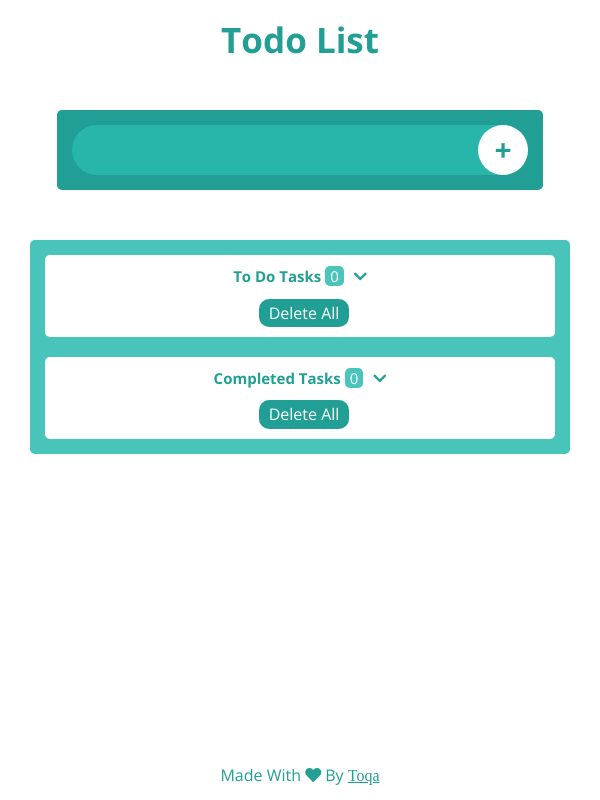
Repository: Toqa-25/todo-list
Page: index.html
An editor plug-in stored every save of this project. The page is shown before and after the next save, followed by the edit.
The browser window is 600 px wide. The pictures show the whole page.
Some web fonts or font styles are not loaded; a fallback is used.

Above is the page before, as saved 2022-02-07 16:47:13.

### index.html
<!DOCTYPE html>
<html lang="en">
<head>
    <meta charset="UTF-8">
    <meta http-equiv="X-UA-Compatible" content="IE=edge">
    <meta name="viewport" content="width=device-width, initial-scale=1.0">
     <!-- css fils -->
     <link rel="stylesheet" href="css/normalize.css">
     <link rel="stylesheet" href="css/all.min.css">
     <link rel="stylesheet" href="css/style.css">
     <!-- google fonts -->
     <link rel="preconnect" href="https://fonts.googleapis.com">
     <link rel="preconnect" href="https://fonts.gstatic.com" crossorigin>
     <link href="https://fonts.googleapis.com/css2?family=Open+Sans:wght@300;400;500;600;700;800&display=swap" rel="stylesheet">
     <link href="https://fonts.googleapis.com/css2?family=Pushster&amp;display=swap" rel="stylesheet">
     <!-- page title -->
    <title>ToDo List</title>
</head>
<body>
    <section class="todo-section container">
        <div class="todo-main-head ">
            <h2 class="todo-head">todo list</h2>
        </div>
        <div class="todo-input  ">
            <input type="text" name="" id="input-field">
            <span class="pluse" id="plus">+</span>
        </div>
        <div class="todo-group pad ">
        <div class="todo-list doing" id="todo-list-do">
             <div class="todo-list-header-group">
                 <h4 class="todo-list-head">to do tasks <span class="tasks-number"></span><i class="fas fa-chevron-down todo-chevron"></i></h4>
                <button class="btn delet-all-tasks">delete all</button>
            </div>
           <div class="todo-list-content todo">
           </div>
        </div>
        <div class="todo-list completed" id="todo-list-complete">
            <div class="todo-list-header-group">
                <h4 class="todo-list-head">completed tasks <span class="completed-tasks-number"></span><i class="fas fa-chevron-down complete-chevron"></i></h4>
                <button class="btn delet-all-completed-tasks">delete all</button>
            </div>
           <div class="todo-list-content complet">
           </div>
        </div>
        </div>
    </section>
    <div class="bottom-group">
             <p>made with <i class="fas fa-heart"></i> by <a class="developer link-none" href="https://toqa-25.github.io/portfolio/">toqa</a></p>
    </div>

    <script src="js/script.js"></script>
    <script src="https://unpkg.com/sweetalert/dist/sweetalert.min.js"></script>
</body>
</html>

### css/style.css
/* component style */
:root{
    --main-color:#219F94;
    --main-alt-color:#2bbbafda;
    --white-color:#fff;
    --text-color:#C1DEAE;
}
*{
     margin:0;
     padding:0;
     box-sizing: border-box;
}
html{
    scroll-behavior: smooth;
}
body{
    font-family: 'Open Sans', sans-serif;
    min-height: 100vh;
}
.container{
    width:90%;
    margin:0 auto;
}

.pad{
    padding: 30px 0;
}

/* element style */
section{
    display: flex;
    align-items: center;
    flex-direction: column;
    min-height: calc(100vh - 50px);
    gap:50px;

}
.todo-main-head {
    /* padding-top: 20px;
    margin-top: 20px; */
    margin: 20px auto 0;
}
.todo-head {
    color: var(--main-color);
    font-weight: bold;
    text-transform: capitalize;
    font-size: 35px;
    text-align: center;
}
.todo-input{
    background-color: var(--main-color);
    position: relative;
    border-radius: 5px;
    width: 600px;
    margin: 0 auto;
    padding: 15px 0;
}
@media(max-width:991px){
   .todo-input{
       width:90%;
   }
}
#input-field {
    width: calc(100% - 30px);
    margin: 0 15px;
    height: 50px;
    border: none;
    outline: none;
    background-color: var(--main-alt-color);
    color: #fff;
    padding:5px 20px;
    border-radius: 25px;
    -webkit-border-radius: 25px;
    -moz-border-radius: 25px;
    -ms-border-radius: 25px;
    -o-border-radius: 25px;
}
#input-field:focus{

}
.pluse {
    width: 50px;
    height: 50px;
    background-color: var(--white-color);
    border-radius: 50%;
    display: inline-block;
    padding: 21px;
    text-align: center;
    font-size: 30px;
    display: flex;
    justify-content: center;
    align-items: center;
    position: absolute;
    right: 15px;
    top: 50%;
    transform: translateY(-50%);
    color: var(--main-color);
    font-weight: bold;
    cursor: pointer;
}

.todo-group {
    background-color: var(--main-alt-color);
    /* margin-top: 30px; */
    padding: 15px;
    display: flex;
    justify-content: space-between;
    align-items: center;
    gap:20px;
    flex-direction: column;
    width:fit-content;
    border-radius: 5px;

}
.todo-list {
    background-color: var(--white-color);
    padding: 10px 20px;
    color: var(--main-color);
    flex:1;
    border-radius: 5px;
     width: 600px;
}
@media(max-width:767px){

    .todo-list {
        width:100%;
    }
}
.todo-list-content , .complet {
    padding:20px;
    display: none;
}
.todo-list-task-group {
    display: flex;
    justify-content: space-between;
    align-items: center;
    border: 1px solid var(--main-alt-color);
    padding: 5px;
    border-radius: 6px;
    margin-bottom: 10px;
}
.todo-list-task {
    padding: 5px 20px;
    display: flex;
    justify-content: space-between;
    align-items: center;
    position: relative;
    margin:10px 5px;
    width:80%;
}
.todo-list-task:before{
    content:"";
    position: absolute;
    top:0;
    left:0;
    height: 100%;
    background-color: var(--main-alt-color);
    width: 8px;
    border-radius: 0px 100px 100px 0px;
}
.btn {
    color: var(--white-color);
    width: fit-content;
    /* height: 27px; */
    padding: 5px 10px;
    background-color: var(--main-color);
    border: none;
    border-radius: 10px;
    cursor: pointer;
    text-transform: capitalize;
}
.todo-list-header-group {
    display: flex;
    justify-content: space-between;
    align-items: center;
    /* flex-wrap: wrap; */
}
.todo-list-head {
    text-transform: capitalize;
    width: fit-content;
    /* margin: auto; */
    /* text-align: center; */
    padding: 3px 10px;
    font-size: 20px;
}
.todo-list-text {
    /* text-transform: capitalize; */
}
.completed-task{
    position: relative;
}
.todo-list-checked {
    width: 15px;
    height: 15px;
    border: 1px solid var(--main-color);
    border-radius: 3px;
    display: flex;
    justify-content: center;
    align-items: center;
}
.completed-task:after{
    content: "";
    width: 90%;
    height: 2px;
    border-radius: 2px;
    position: absolute;
    top: 50%;
    left: 50%;
    transform: translate(-50%, -50%);
    background-color: var(--main-color);
}
.todo-list-checked i {
    font-size: 15px;
    margin-left: 3px;
    margin-bottom: 0px;
}
.completed-tasks-number,.tasks-number {
    padding: 0px 5px;
    background-color: var(--main-alt-color);
    color: #fff;
    border-radius: 5px;
    font-weight: normal;
}
i.fas.fa-chevron-down {
    margin-left: 10px;
}
.bottom-group{
color:var(--main-color);
text-align: center;
margin: 16px auto;
}
.bottom-group p{
    text-transform:capitalize;
}
.bottom-group p a{
    font-family: 'Pushster', cursive;
     color:var(--main-color);
}
.show{
    display:block;
}
.sign-login-group {
    width: fit-content;
    display: flex;
    justify-content: space-between;
    align-content: center;
    flex-direction: column;
    gap: 30px;
    margin-top: 100px;
}
.todo-input-group {
    min-width: 300px;
    display: flex;
    justify-content: space-between;
    align-content: center;
    flex-wrap: wrap;
    gap: 30px;
}
.todo-input-group label {
    text-transform: capitalize;
    color: var(--main-color);
    font-weight: bold;
}
.todo-input-group input {
    padding: 5px 10px;
    border-radius: 7px;
    border-color: var(--main-color);
    outline: none;
    color: var(--main-color);

}
.buttons-group {
    display: flex;
    justify-content: center;
    width: fit-content;
    align-items: center;
    gap: 10px;
    margin: 0 auto;
}
.buttons-group span{
    text-transform: uppercase;
    font-weight: bold;
    color: var(--main-color);
}
.sign-login-group .btn  {
    margin: auto;
    color: #fff;
    font-size: 18px;
}
.sign-login-group .buttons-group a {
  font-size: 20px;
    color: var(--main-color);
}

@media (max-width:767px){
    .todo-group{
        width: 100%;
    }
    .todo-list-header-group {
        flex-direction: column;
    }
    .todo-list-header-group .btn{
        margin-left: 8px;
        margin-top: 10px;
    }
    .todo-list-head {
    font-size: 15px;
    }
}

@media (max-width:375px){
    .todo-list-head {
    font-size: 12px;
}
}

### js/script.js

// const variables
let inputTask = document.getElementById("input-field"),
    plusButton = document.getElementById("plus"),
    toDoContent = document.querySelector(".todo"),
    completeContent = document.querySelector(".complet"),
    taskText = document.querySelector(".todo-list-text"),
    numberOfTasks = document.querySelector(".tasks-number"),
    numberOfCompletedTasks = document.querySelector(".completed-tasks-number"),
    todoChevron = document.querySelector(".todo-chevron"),
    completeChevron = document.querySelector(".complete-chevron"),
    deleteAllTasks = document.querySelector(".delet-all-tasks"),
    deleteAllCompletedTasks = document.querySelector(".delet-all-completed-tasks");

// var variables
var checkedSpan = [...document.querySelectorAll(".todo-list-checked")];
var checkedClasses = [...document.querySelectorAll(".checked")];
var buttonSgroup = [...document.querySelectorAll(".delete")];
let todoList = JSON.parse(localStorage.getItem("tasks"))
  ? JSON.parse(localStorage.getItem("tasks"))
  : [];
let completeList = JSON.parse(localStorage.getItem("completedTasks"))
  ? JSON.parse(localStorage.getItem("completedTasks"))
  : [];
/********************************************************** */
if ( todoList.length >= 1) {
    numberOfTasks.innerHTML = todoList.length;
}
else{
    numberOfTasks.innerHTML = 0;
}

if (completeList && completeList.length >= 1) {
  numberOfCompletedTasks.innerHTML = completeList.length;
} else {
  numberOfCompletedTasks.innerHTML = 0;
}
/********************************************************** */
window.onload = function () {
    inputTask.focus()
}
plusButton.onclick = addTask;
inputTask.addEventListener("keyup", function (event) {
  // Number 13 is the "Enter" key on the keyboard
  if (event.keyCode === 13) {
    addTask();
  }
});
/************************************* */
// 1- add task
function addTask() {
  if (inputTask.value != null && inputTask.value != "") {
      if (todoList.includes(inputTask.value.trim())) {
          swal("This Task is  Already Exists.");
      }
          toDoContent.innerHTML += `  <div class="todo-list-task-group">
                                        <div class="todo-list-task doing-task">
                                            <p class="todo-list-text">${inputTask.value.trim()}</p>
                                            <span id="todo-list-doing" class="todo-list-checked"></span>
                                        </div>
                                        <button class="btn delete">delete</button>
                                    </div>`;
          todoList = [...todoList, inputTask.value.trim()];
          localStorage.setItem("tasks", JSON.stringify(todoList));
          inputTask.value = "";
          currentTasks(toDoContent, todoList);
          checkedSpan = [];
          checkedSpan = [...document.querySelectorAll(".todo-list-checked")];
          checkedTask(checkedSpan);
          buttonSgroup = [];
          buttonSgroup = [...document.querySelectorAll(".delete")];
          deleteUneededTask(buttonSgroup);
          numberOfTasks.innerHTML.innerHTML++;
          inputTask.focus();

  }
  else {
      swal("Enter Your Task");
  }
}

// 2- drow new tasks
function currentTasks(plceContent, tasksArray) {
  plceContent.innerHTML = "";
  for (i = 0; i < tasksArray.length; i++) {
    plceContent.innerHTML += `<div class="todo-list-task-group">
                <div class="todo-list-task doing-task">
                <p class="todo-list-text">${tasksArray[i]}</p>
                <span id="todo-list-doing" class="todo-list-checked"></span>
                </div>
                <button class="btn delete">delete</button>
                </div>`;
  }
  checkedSpan = [];
  checkedSpan = [...document.querySelectorAll(".todo-list-checked")];
  checkedTask(checkedSpan);
//   console.log("current", checkedSpan);
  buttonSgroup = [];
  buttonSgroup = [...document.querySelectorAll(".delete")];
    deleteUneededTask(buttonSgroup);
       numberOfTasks.innerHTML = "";
       numberOfTasks.innerHTML = todoList.length;
}
currentTasks(toDoContent, todoList);

// 3- drow new tasks
function currentCheckedTasks(plceContent, tasksArray) {
  plceContent.innerHTML = "";
  for (i = 0; i < tasksArray.length; i++) {
    plceContent.innerHTML += `<div class="todo-list-task-group ">
                <div class="todo-list-task doing-task completed-task">
                <p class="todo-list-text">${tasksArray[i]}</p>
                <span id="todo-list-doing" class="todo-list-checked checked"><i class="fas fa-check"></i></span>
                </div>
                <button class="btn delete">delete</button>
                </div>`;
  }
  checkedClasses = [];
  checkedClasses = [...document.querySelectorAll(".checked")];
  unCheckedTask(checkedClasses);
  buttonSgroup = [];
  buttonSgroup = [...document.querySelectorAll(".delete")];
    deleteUneededTask(buttonSgroup);
        numberOfCompletedTasks.innerHTML = "";
        numberOfCompletedTasks.innerHTML = completeList.length;
}
currentCheckedTasks(completeContent, completeList);

// 4- drow completed tasks

function checkedTask(checkBoxs) {
  checkBoxs.forEach((checkBox) => {
    checkBox.onclick = function addChecked(checkBox) {
      deleteTask(checkBox.currentTarget);
      transformTask(checkBox.currentTarget);
    };
  });
}
checkedTask(checkedSpan);

//5- drow uncompleted Tasks
function unCheckedTask(checkBoxs) {
  checkBoxs.forEach((checkBox) => {
    checkBox.onclick = function addChecked(checkBox) {
      deleteTask(checkBox.currentTarget);
        transformTask(checkBox.currentTarget);
    };
  });
}
unCheckedTask(checkedClasses);

// 6- delete tasks
/************************************* */
function deleteTask(current) {
  let currentParent = current.parentElement,
    element = currentParent.parentElement,
    elementFirstParent = element.firstElementChild,
    elementText = elementFirstParent.firstElementChild.innerHTML;
    if (elementFirstParent.classList.contains("completed-task")) {
        completeList.splice(completeList.indexOf(elementText), 1);
        localStorage.setItem("completedTasks", JSON.stringify(completeList));
        numberOfCompletedTasks.innerHTML = ""
        numberOfCompletedTasks.innerHTML = completeList.length

} else {
    todoList.splice(todoList.indexOf(elementText), 1);
    localStorage.setItem("tasks", JSON.stringify(todoList));
    numberOfTasks.innerHTML = ""
    numberOfTasks.innerHTML = todoList.length
}
element.remove();
console.log(element);
console.log(elementText);
}

function transformTask(current) {
  let currentParent = current.parentElement,
    element = currentParent.parentElement,
    elementFirstParent = element.firstElementChild,
    elementText = elementFirstParent.firstElementChild.innerHTML;
  if (elementFirstParent.classList.contains("completed-task")) {
    todoList = [...todoList, elementText];
    localStorage.setItem("tasks", JSON.stringify(todoList));
    currentTasks(toDoContent, todoList);
  } else {
    // completeList.push(elementText);
        completeList = [...completeList, elementText];
    localStorage.setItem("completedTasks", JSON.stringify(completeList));
    currentCheckedTasks(completeContent, completeList);
  }
}

function deleteUneededTask(checkBoxs) {
  checkBoxs.forEach((checkBox) => {
    checkBox.onclick = function addChecked(checkBox) {
      let element = checkBox.currentTarget.parentElement,
        elementFirstParent = element.firstElementChild,
        elementText = elementFirstParent.firstElementChild.innerHTML;

      element.remove();
      if (elementFirstParent.classList.contains("completed-task")) {
        completeList.splice(completeList.indexOf(elementText), 1);
          localStorage.setItem("completedTasks", JSON.stringify(completeList));
              numberOfCompletedTasks.innerHTML = "";
              numberOfCompletedTasks.innerHTML = completeList.length;
      } else {
        todoList.splice(todoList.indexOf(elementText), 1);
        localStorage.setItem("tasks", JSON.stringify(todoList));
           numberOfTasks.innerHTML = "";
           numberOfTasks.innerHTML = todoList.length;
      }
      console.log(elementText);
      console.log(elementFirstParent);
      console.log(element);
    };
  });
}
deleteUneededTask(buttonSgroup);


todoChevron.onclick = function (){
    toDoContent.classList.toggle("show")
}
completeChevron.onclick = function () {
  completeContent.classList.toggle("show")
};

deleteAllTasks.onclick = function () {
    toDoContent.innerHTML = ""
    todoList = [];
    localStorage.setItem("tasks", JSON.stringify(todoList));
    currentTasks(toDoContent, todoList);
}
deleteAllCompletedTasks.onclick = function () {
  toDoContent.innerHTML = "";
  completeList = [];
  localStorage.setItem("completedTasks", JSON.stringify(completeList));
  currentCheckedTasks(completeContent, completeList);
};

Loaded but not shown: css/normalize.css (library); css/all.min.css (library)

After the next save:
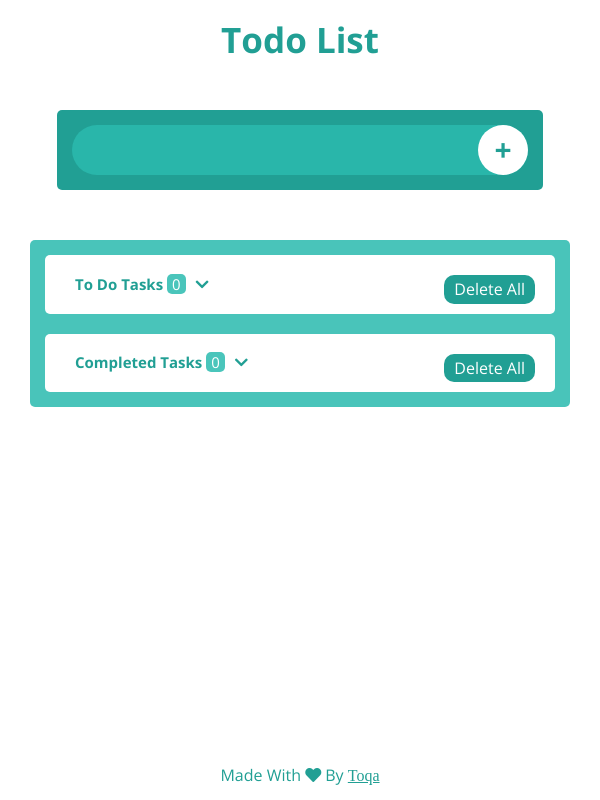
Saved 19 s later.
--- a/css/style.css
+++ b/css/style.css
@@ -296,9 +296,9 @@ margin: 16px auto;
     .todo-group{
         width: 100%;
     }
-    .todo-list-header-group {
+    /* .todo-list-header-group {
         flex-direction: column;
-    }
+    } */
     .todo-list-header-group .btn{
         margin-left: 8px;
         margin-top: 10px;
